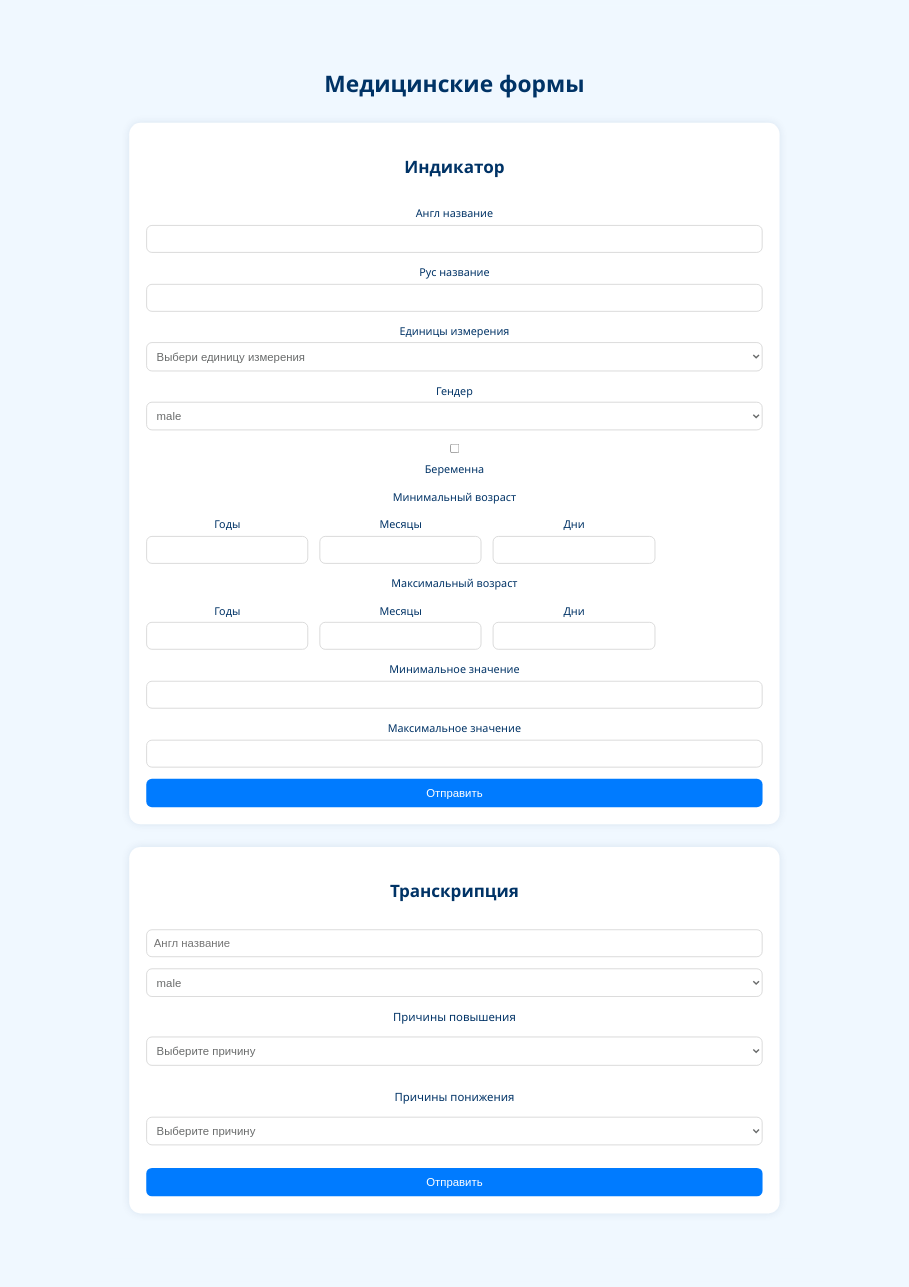
Repository: GGlebux/Transay
Page: / (app in frontend/)
The author's editor kept a copy of each file at every save. The page is drawn from the files as they stood at one save, then again after a run of saves.
The browser window is 1280 px wide. The pictures show the whole page, at 71% of full size.
The project was rebuilt for these pictures with package versions that can differ from the ones it lists, and the page was loaded fresh each time. Also part of the build but not shown: frontend/vite.config.ts.

Above is the page before, as saved 2025-08-04 16:31:02.

After the next 2 saves:
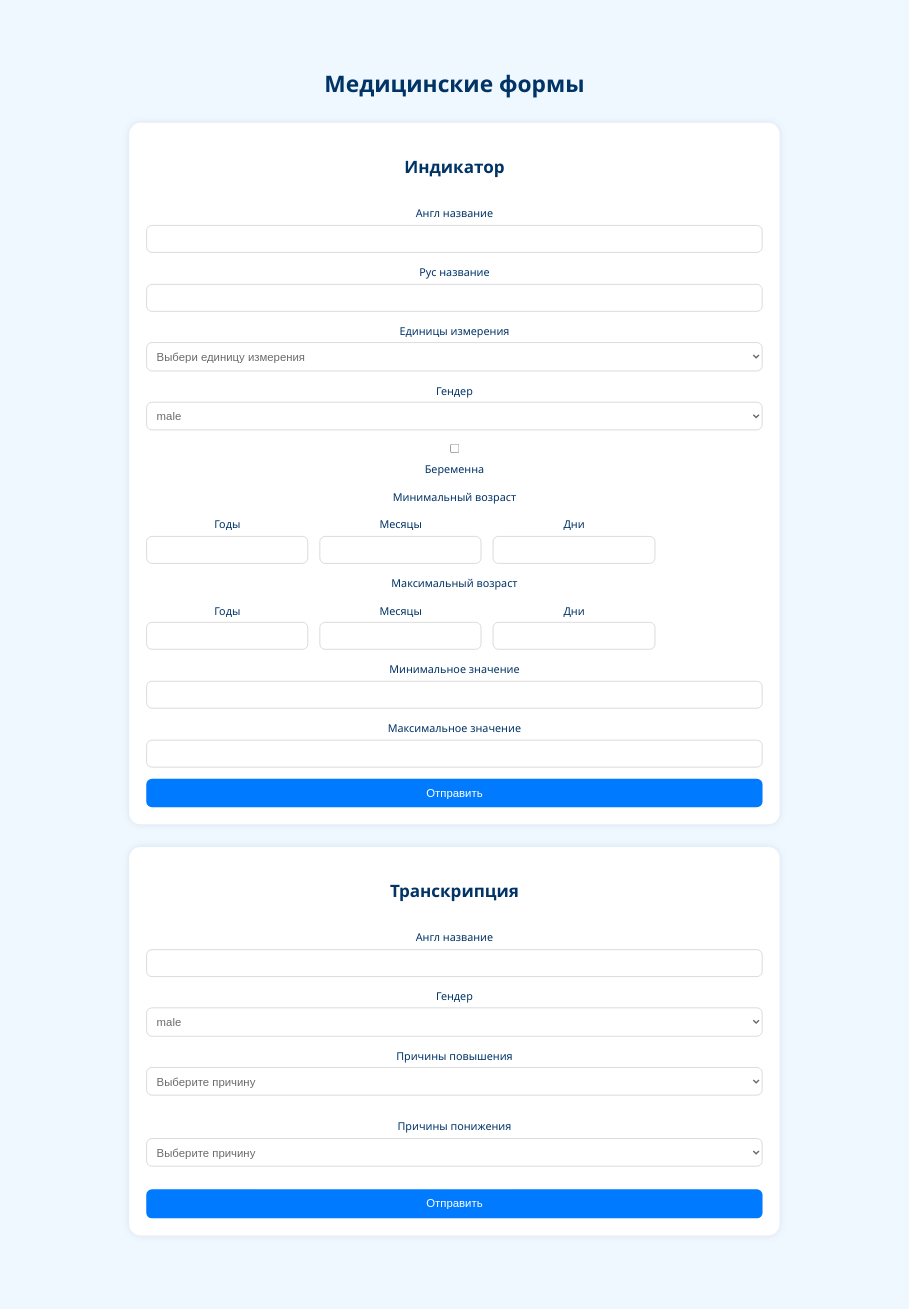
The 2 saves are shown as one change because they came seconds apart.
The last was saved 9 s later.
--- a/frontend/src/components/TranscriptForm.tsx
+++ b/frontend/src/components/TranscriptForm.tsx
@@ -19,12 +19,17 @@ function TranscriptForm() {
     set(current.filter((r) => r !== value));
   };
 
-  return (
-    <form className="form-card">
-      <h2>Транскрипция</h2>
+ return (
+  <form className="form-card">
+    <h2>Транскрипция</h2>
 
-      <input placeholder="Англ название" />
+    <label className="form-label">
+      Англ название
+      <input type="text" />
+    </label>
 
+    <label className="form-label">
+      Гендер
       <select>
         {genders.map((g) => (
           <option key={g} value={g}>
@@ -32,48 +37,53 @@ function TranscriptForm() {
           </option>
         ))}
       </select>
+    </label>
 
-      <label>Причины повышения</label>
+    <label className="form-label">
+      Причины повышения
       <select onChange={(e) => handleSelect('raise', e.target.value)}>
         <option>Выберите причину</option>
         {exampleReasons.map((r) => (
           <option key={r}>{r}</option>
         ))}
       </select>
+    </label>
 
-      <div className="tag-container">
-        {raiseReasons.map((r) => (
-          <span key={r} className="tag">
-            {r}
-            <button type="button" onClick={() => handleRemove('raise', r)}>
-              ×
-            </button>
-          </span>
-        ))}
-      </div>
+    <div className="tag-container">
+      {raiseReasons.map((r) => (
+        <span key={r} className="tag">
+          {r}
+          <button type="button" onClick={() => handleRemove('raise', r)}>
+            ×
+          </button>
+        </span>
+      ))}
+    </div>
 
-      <label>Причины понижения</label>
+    <label className="form-label">
+      Причины понижения
       <select onChange={(e) => handleSelect('lower', e.target.value)}>
         <option>Выберите причину</option>
         {exampleReasons.map((r) => (
           <option key={r}>{r}</option>
         ))}
       </select>
+    </label>
 
-      <div className="tag-container">
-        {lowerReasons.map((r) => (
-          <span key={r} className="tag">
-            {r}
-            <button type="button" onClick={() => handleRemove('lower', r)}>
-              ×
-            </button>
-          </span>
-        ))}
-      </div>
+    <div className="tag-container">
+      {lowerReasons.map((r) => (
+        <span key={r} className="tag">
+          {r}
+          <button type="button" onClick={() => handleRemove('lower', r)}>
+            ×
+          </button>
+        </span>
+      ))}
+    </div>
 
-      <button type="submit">Отправить</button>
-    </form>
-  );
+    <button type="submit">Отправить</button>
+  </form>
+);
 }
 
 export default TranscriptForm;
